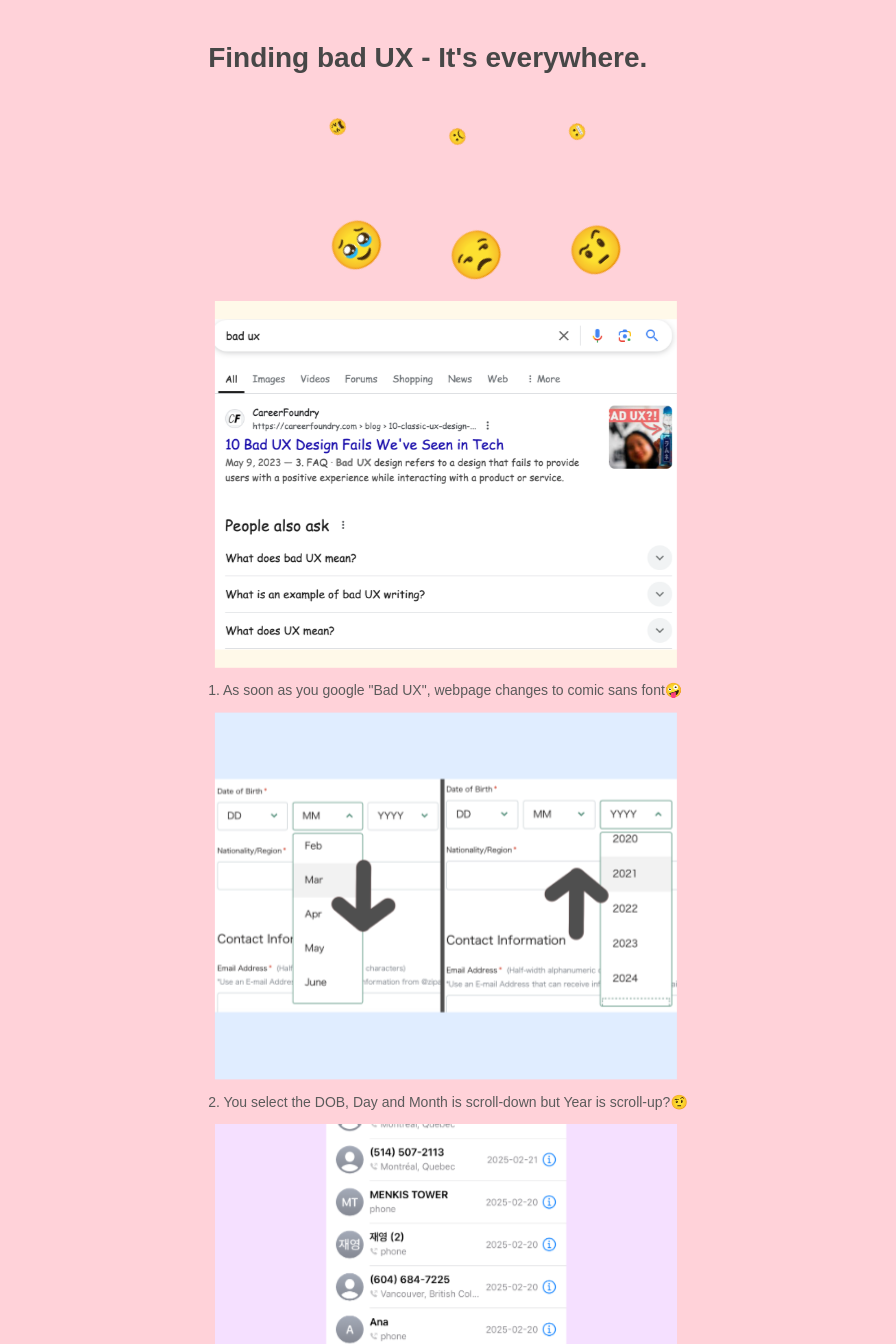
Repository: j1s00jang/MDIA-2109
Page: badUX.html
These files come from the project's save history. The page is drawn as it stood at one moment and after the next save; the edit follows.
The browser window is 1280 px wide. The pictures show the part of the page from y = 0 to 1920 px (the page is 2174 px tall before and 2822 px after), at 70% of full size.
Some web libraries are served in a nearby version.

Above is the page before, as saved 2025-03-02 13:29:18.

### badUX.html
<!DOCTYPE html>
    <html lang="en">
    <head>
        <title>Jisoo's finding bad ux</title>
        <meta charset="UTF-8">
        <link rel="stylesheet" href="css/badUXstyles.css">
    </head>
    <body>
        <main>
            <h1 class="title">Finding bad UX - It's everywhere.</h1>

        <div class="js">
            <span class="js__spinner spin">😫</span>
            <span class="js__spinner moreSpin">☹️</span>
            <span class="js__spinner mostSpin">😬</span>
        </div>

        <div class="gsap">
            <span class="gsap__spinner spin">🥹</span>
            <span class="gsap__spinner moreSpin">😒</span>
            <span class="gsap__spinner mostSpin">🤨</span>

        </div>
            <div class="first">
                <img src="css/first.png" alt="google ux" class="first_photo">
            </div>
            <p>1. As soon as you google "Bad UX", webpage changes to comic sans font🤪</p>

            <div class="second">
                <img src="css/second.png" alt="confirm button in red" class="second_photo">
            </div>
            <p>2. You select the DOB, Day and Month is scroll-down but Year is scroll-up?🤨</p>

            <div class="third">
                <img src="css/third.jpg" alt="iphone's recents calling list" class="third_photo">
            </div>
            <p>3. After you hung up, you accidentally pressed one of the recent calls.😱</p>

            <script src="https://cdn.jsdelivr.net/npm/gsap@3.12.7/dist/gsap.min.js"></script>
            <script src="script.js"></script>

        </main>
    </body>
</html>

### css/badUXstyles.css
html {
    font-family: "Futura", sans-serif;
    font-size: 1.25em;
    background-color: rgb(255, 210, 217);
    padding: 1.25em;
    color: rgb(91, 91, 91);
}

body {
    display: flex;
    justify-content: center;
    height: 100vh;
}

.title {
    font-size: 2em;
    color: rgb(71, 71, 71);
}


.first,
.second,
.third {
    position: relative;
    width: 50vw;
    height: 70vh;
    overflow: hidden;
}

.first {
    background-color: rgb(255, 249, 233);
    padding: 10px;
    margin: 10px;
    font-size: 1.5em;
    display: flex;
    justify-content: center;
    align-items: center;
    position: relative;
}


.first_photo {
    position: absolute;
    top: 0;
    left: 0;
    width: 100%;
    height: 100%;
    object-fit: contain;
    object-position: center;
    opacity: 1;
    }


.second {
    background-color: rgb(224, 237, 255);
    padding: 10px;
    margin: 10px;
    color: teal;
    font-size: 1.5em;
}

.second_photo {
    position: absolute;
    top: 0;
    left: 0;
    width: 100%;
    height: 100%;
    object-fit: contain;
    object-position: center;
    opacity: 1;
}

.third {
    background-color: rgb(245, 224, 255);
    padding: 10px;
    margin: 10px;
    color: darkgoldenrod;
    font-size: 1.5em;
}

.third_photo {
    position: absolute;
    top: 0;
    left: 0;
    width: 100%;
    height: 100%;
    object-fit: contain;
    object-position: center;
    opacity: 1;
}

.gsap {
    position: relative;
    height: 30vh;
    font-size: 65px;
}


.js,
.gsap {
    position: relative;
    height: 20vh;
    font-size: 65px;
}


.js__spinner,
.gsap__spinner {
    position: absolute;
}




.spin { left: 25%; top: 25%; }
.moreSpin { left: 50%; top: 35%; }
.mostSpin { left: 75%; top: 30%; }



@keyframes makeItSpin {
    0% {
        transform: rotate(0);
    }
    50% {
        font-size: 100px;
    }
    100% {
        transform: rotate(360deg);
    }
}

### script.js
const $spin = document.querySelector(".js__spinner.spin");
const $moreSpin = document.querySelector(".js__spinner.moreSpin");
const $mostSpin = document.querySelector(".js__spinner.mostSpin");




const keyframes = [
    { transform: "rotate(0)" },
    {
        transform: "rotate(360deg)",
        fontSize: "0"
     }
];



const options = {
    duration: 3000,
    iterations: Infinity,

}


$spin.animate(keyframes, options);
$moreSpin.animate(keyframes, options);
$mostSpin.animate(keyframes, options);


const gsapOption = {
    rotation: 360,
    repeat: -1,
    duration: 3
}

gsap.to(".gsap__spinner", gsapOption);

After the next save:
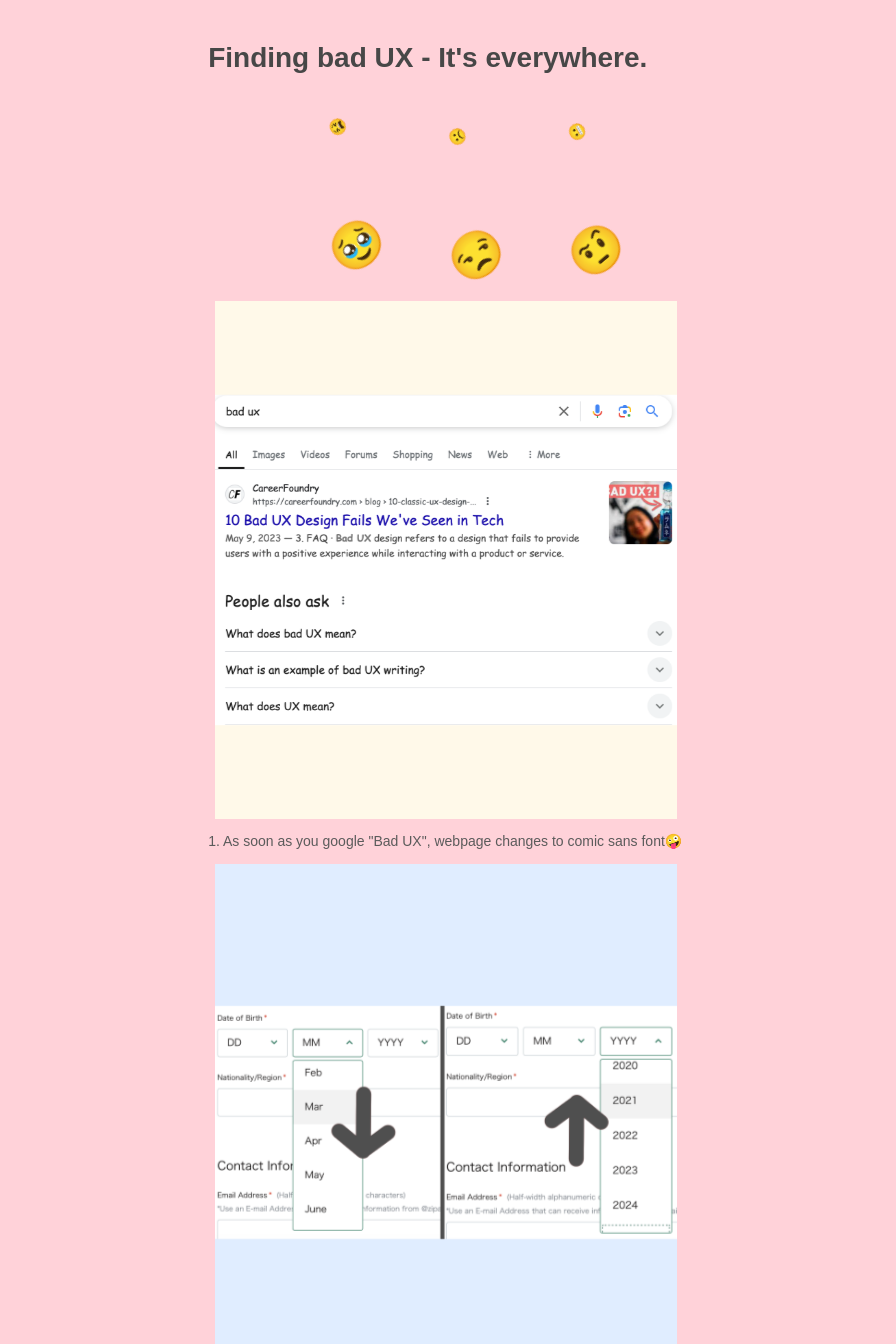
Saved 18 s later.
--- a/css/badUXstyles.css
+++ b/css/badUXstyles.css
@@ -23,7 +23,7 @@
 .third {
     position: relative;
     width: 50vw;
-    height: 70vh;
+    height: 100vh;
     overflow: hidden;
 }
 

After the save that followed:
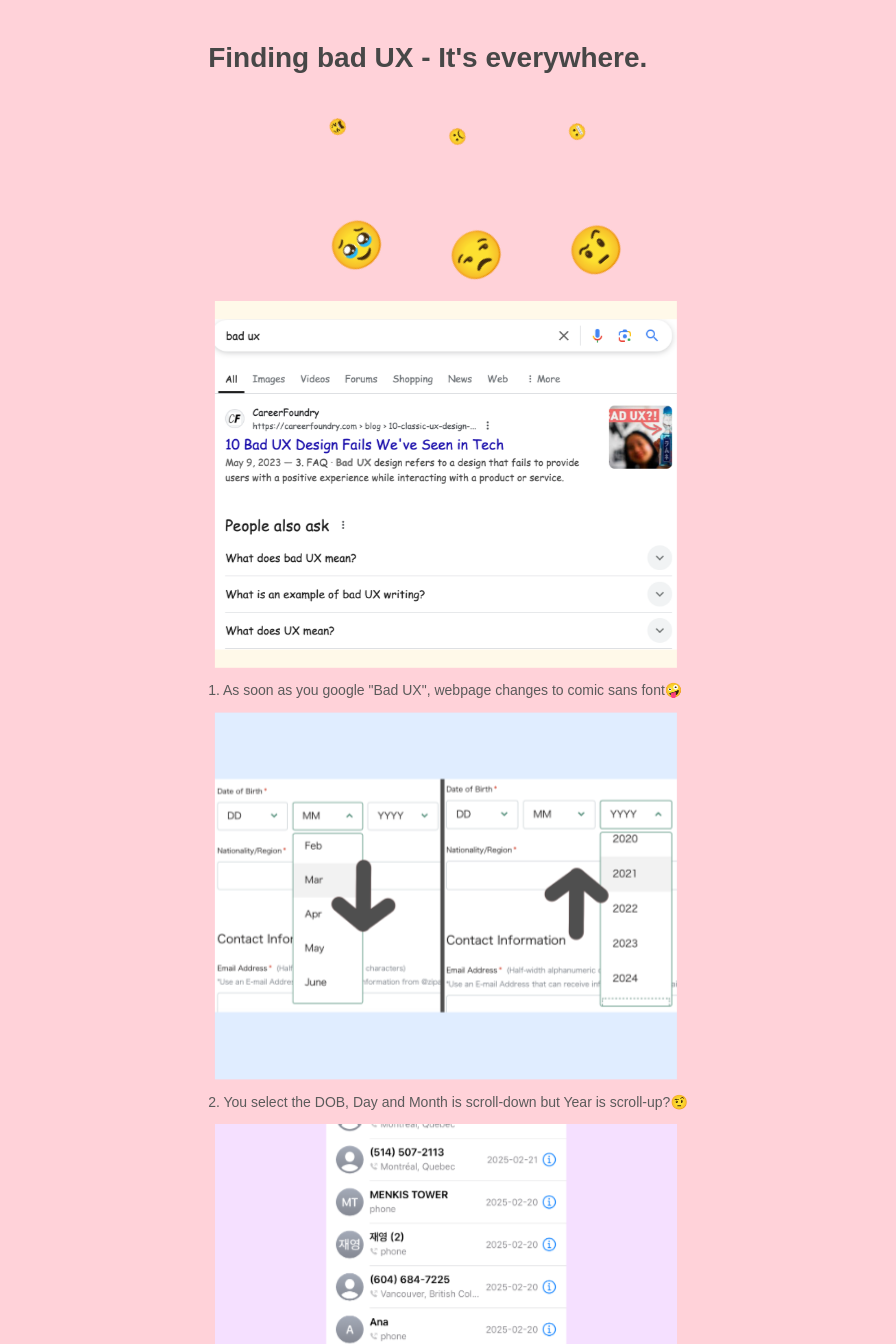
Saved 8 s later.
--- a/css/badUXstyles.css
+++ b/css/badUXstyles.css
@@ -23,7 +23,7 @@
 .third {
     position: relative;
     width: 50vw;
-    height: 100vh;
+    height: 70vh;
     overflow: hidden;
 }
 
